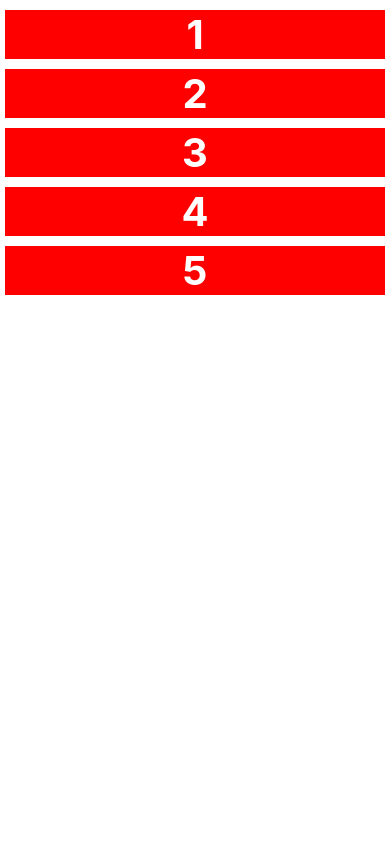
Repository: asnaeb1-dev/Video-List-Test
Screen: /
The author's editor kept a copy of each file at every save. The screen is drawn from the files as they stood at one save, then again after the next save.
The app was drawn by React Native's web renderer in a window 390 px wide. The project was rebuilt for these pictures with package versions that can differ from the ones it lists, and the page was loaded fresh each time.

Above is the screen before, as saved 2020-08-08 12:43:07.

### App.js
import React,{Component} from 'react';
import {View, FLatList, StyleSheet, FlatList, Text} from 'react-native'
import ListItem from './src/Components/ListItem'

export default class App extends Component{
  constructor(props){
    super(props)
    this.state={
      list: [
        {
          id: 1,
          isVisible: false
        },{
          id: 2,
          isVisible: false
        },{
          id: 3,
          isVisible: false
        },{
          id: 4,
          isVisible: false
        },{
          id: 5,
          isVisible: false
        }
      ]
    }
  }

  onViewableItemsChanged = ({viewableItems, changed}) => {
    changed.forEach(item => {
      console.log(item)
    })
  }

  render(){
    return(
      <View style={{flex: 1, margin: 5}}>
        <FlatList
          data={this.state.list}
          renderItem = {({item}) => <ListItem isVisible={true} _id={item.id}/>}
          windowSize= {2}
          onViewableItemsChanged={this.onViewableItemsChanged}
        />
      </View>
    )
  }
}

### src/Components/ListItem.js
import React, { Component } from 'react';
import { View, TouchableOpacity, Text } from 'react-native';

export default class ListItem extends Component{
    render(){
        return(
            <TouchableOpacity style={{flex: 1,height: 200, backgroundColor: 'red', marginVertical: 5, justifyContent: 'center', alignItems: 'center'}}>
                <Text style={{color: '#fff', fontSize: 40, fontWeight: 'bold'}}>{this.props._id}</Text>
            </TouchableOpacity>
        )
    }
}

After the next save:
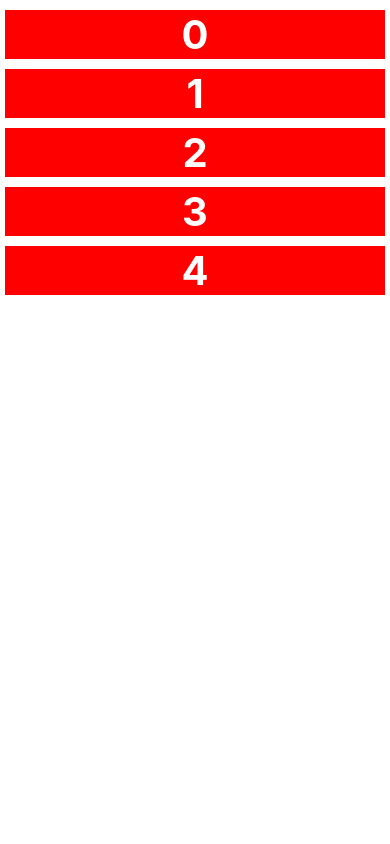
Saved 40 s later.
--- a/App.js
+++ b/App.js
@@ -8,6 +8,9 @@ export default class App extends Component{
     this.state={
       list: [
         {
+          id: 0,
+          isVisible: false
+        },{
           id: 1,
           isVisible: false
         },{
@@ -18,9 +21,6 @@ export default class App extends Component{
           isVisible: false
         },{
           id: 4,
-          isVisible: false
-        },{
-          id: 5,
           isVisible: false
         }
       ]
